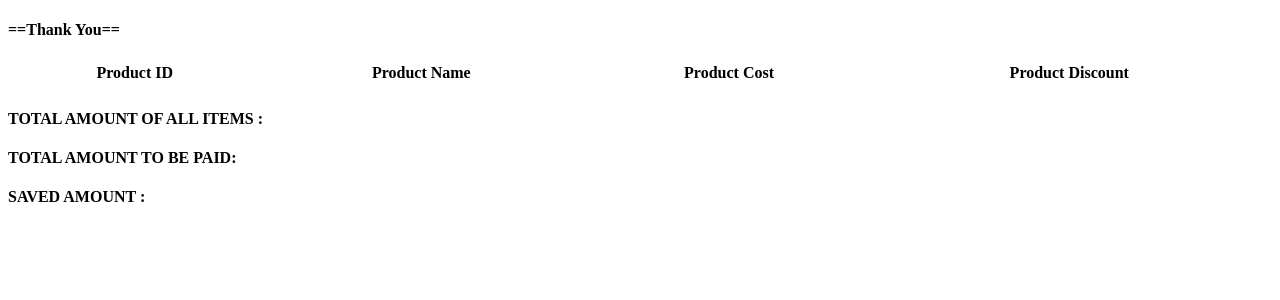
Repository: palakbari/Spring-MVC
Page: http://localhost/ShoppingSystem/display_bill.jsp
An editor plug-in stored every save of this project. The page is shown before and after the next save, followed by the edit.
The browser window is 1280 px wide. The pictures show the whole page.
The page is served by Tomcat 9. The template is opened directly, without the code that normally fills it, so the values that code supplies are empty.

Above is the page before, as saved 2024-06-06 11:00:09.

After the next save:
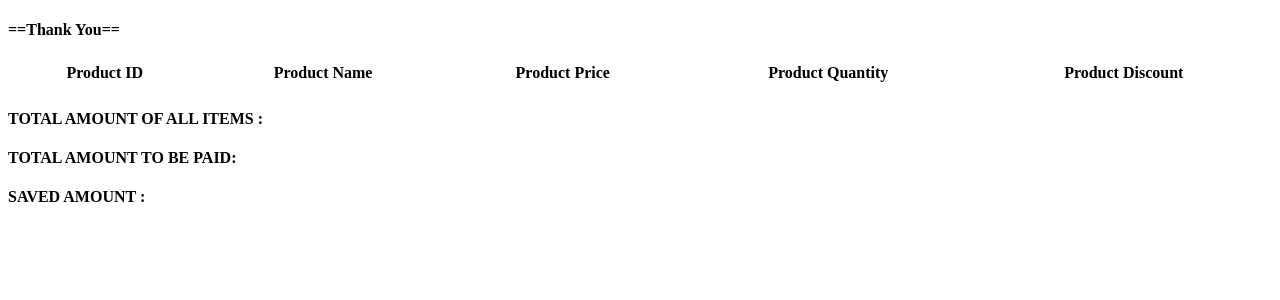
Saved 56 s later.
--- a/ShoppingSystem/src/main/webapp/display_bill.jsp
+++ b/ShoppingSystem/src/main/webapp/display_bill.jsp
@@ -12,7 +12,8 @@
         <tr class="table-success">
             <th>Product ID</th>
             <th>Product Name</th>
-            <th>Product Cost</th>
+            <th>Product Price</th>
+            <th>Product Quantity</th>
             <th>Product Discount</th>
         </tr>
         <c:forEach var="cart" items="${list}">
